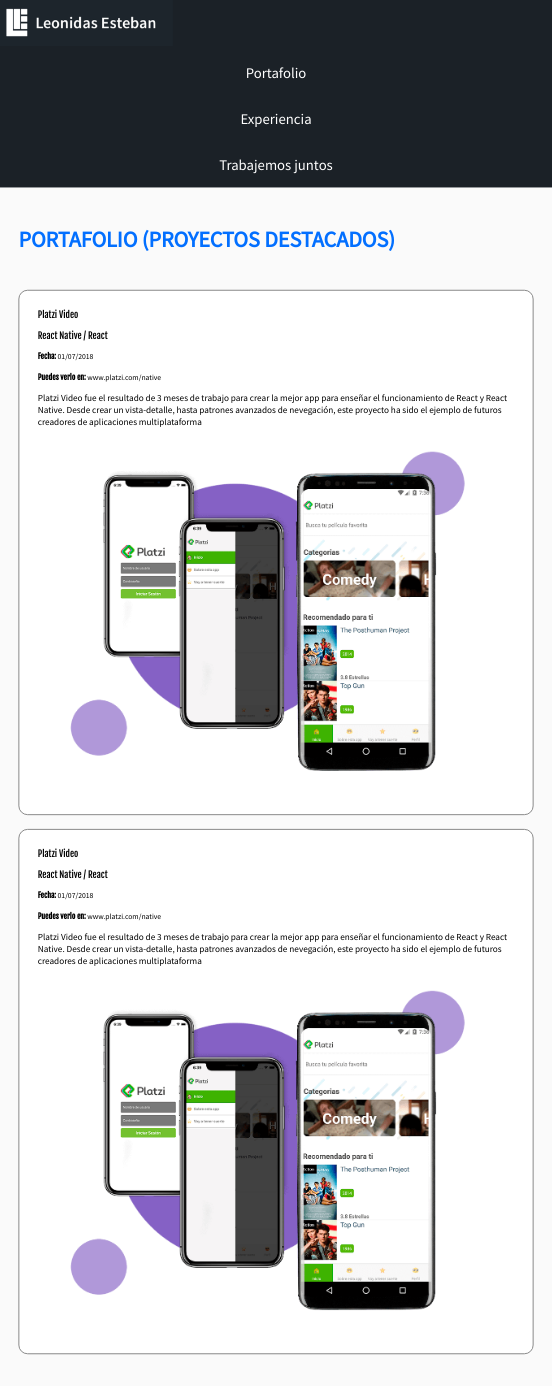
Repository: joseLozanoTamayo/web-desing
Page: desarrollo-web-portafolio/index.html
The author's editor kept a copy of each file at every save. The page is drawn from the files as they stood at one save, then again after the next save.
The browser window is 600 px wide. The pictures show the whole page, at 92% of full size.

Above is the page before, as saved 2019-04-21 22:32:05.

After the next save:
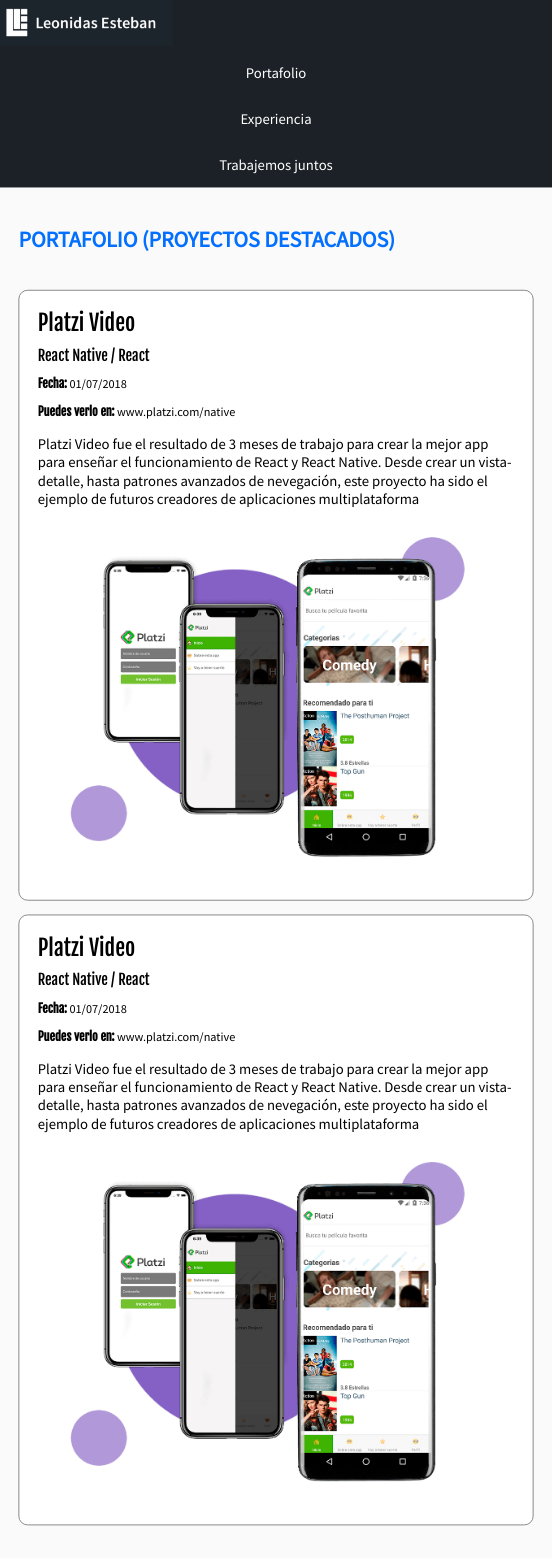
Saved 92 s later.
--- a/desarrollo-web-portafolio/css/estilos.css
+++ b/desarrollo-web-portafolio/css/estilos.css
@@ -373,11 +373,11 @@
 
   .project-details {
     width: auto;
-    font-size: 10px;
+    font-size: 16px;
   }
 
   .project-title {
-    font-size: 1em;
+    font-size: 1.5em;
   }
 
   .project-url {
